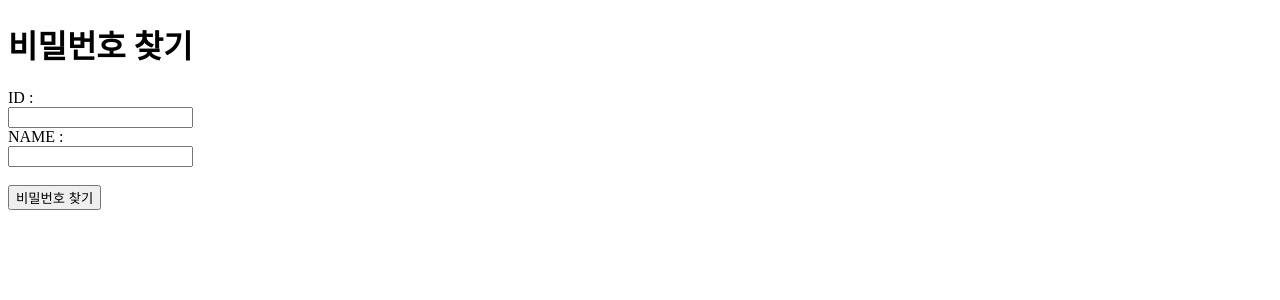
Repository: MeGuuuun/-_TableJava
Page: http://localhost/kimbanbagi/findPW.jsp
The author's editor kept a copy of each file at every save. The page is drawn from the files as they stood at one save, then again after the next save.
The browser window is 1280 px wide. The pictures show the whole page.
The page is served by Tomcat 10. Other server files are loaded and not shown.

Above is the page before, as saved 2024-06-05 09:51:07.

### tableJava/kimbanbagi/WebContent/findPW.jsp
<%@ page language="java" contentType="text/html; charset=UTF-8"
    pageEncoding="UTF-8"%>
<!DOCTYPE html>
<html>
<head>
<meta charset="UTF-8">
<title>비밀번호 찾기 페이지</title>
<script src="https://code.jquery.com/jquery-3.6.0.min.js"></script>
</head>
<body>
<h1>비밀번호 찾기</h1>
<form action="findPW" method="post">
	ID : <br>
	<input type="text" name="userID" >
	<br> NAME : <br>
	<input type="text" name="userName">
	<br><br>
	<button type="submit" name="action" value="findPW">비밀번호 찾기</button>
</form>
</body>
</html>

After the next save:
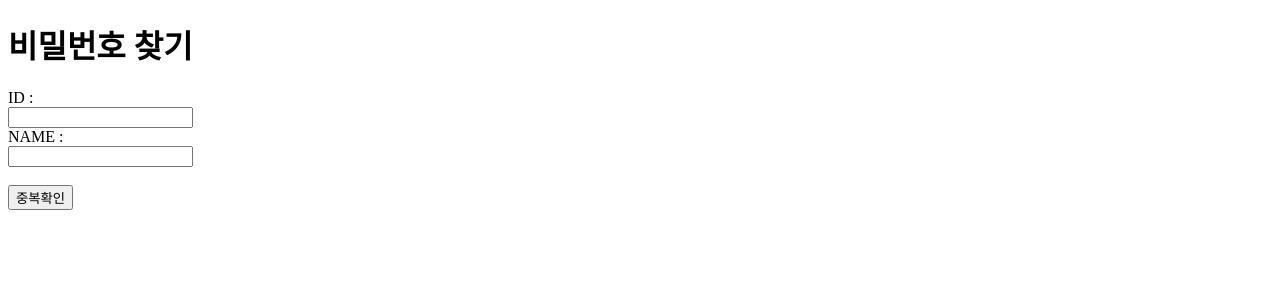
Saved 61 s later.
--- a/tableJava/kimbanbagi/WebContent/findPW.jsp
+++ b/tableJava/kimbanbagi/WebContent/findPW.jsp
@@ -15,7 +15,7 @@
 	<br> NAME : <br>
 	<input type="text" name="userName">
 	<br><br>
-	<button type="submit" name="action" value="findPW">비밀번호 찾기</button>
+	<button type="button" onclick="checkId()">중복확인</button>
 </form>
 </body>
 </html>
